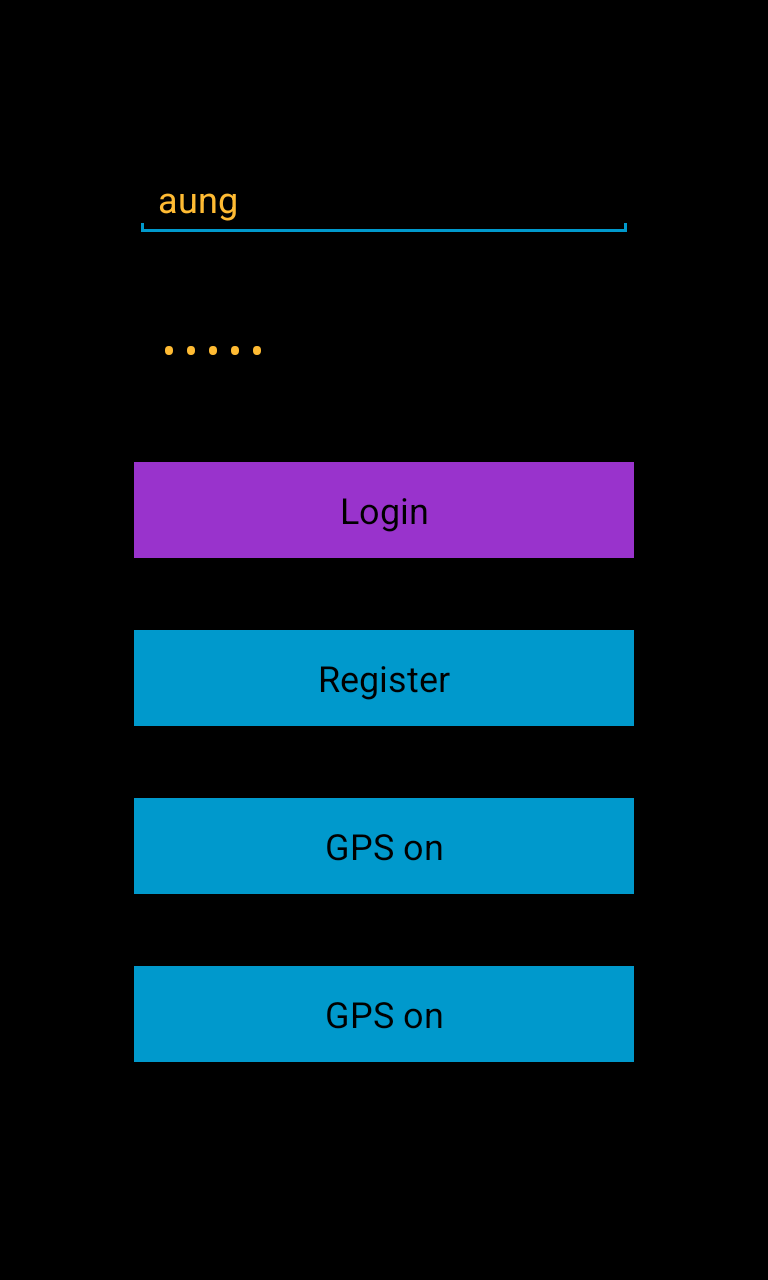
Repository: AungWinnHtut/projAndroid
Layout: com.engineer4myanmar.json.MainActivity/res/layout/activity_main.xml
An editor plug-in stored every save of this project. The layout is shown before and after the next save, followed by the edit.
It is drawn on a 768 x 1280 px phone screen (xhdpi) without system bars, with theme AppTheme; the app's code is not run.

Above is the layout before, as saved 2015-08-30 00:41:20.

### com.engineer4myanmar.json.MainActivity/res/layout/activity_main.xml
<LinearLayout xmlns:android="http://schemas.android.com/apk/res/android"
    xmlns:tools="http://schemas.android.com/tools"
    android:layout_width="match_parent"
    android:layout_height="match_parent"
    android:orientation="vertical"
    android:background="#000">




    <EditText
        android:id="@+id/etUsername"
        android:layout_width="250dp"
        android:layout_height="wrap_content"
        android:layout_gravity="center"
        android:layout_marginTop="80dp"
        android:textColor="#ffbb33"
        android:hint="Enter Username Here"
        android:text="aung"
        android:ems="10" >
        <requestFocus />
    </EditText>

    <EditText
        android:id="@+id/etPassword"
        android:layout_width="250dp"
        android:layout_height="wrap_content"
        android:layout_gravity="center"
        android:layout_marginTop="36dp"
        android:textColor="#ffbb33"
        android:hint="Enter Password Here"
        android:inputType="textPassword"
        android:text="12345"
        android:ems="10" />

    <Button
        android:id="@+id/btnLogin"
        android:layout_width="250dp"
        android:layout_height="wrap_content"
        android:layout_marginTop="36dp"
        android:layout_gravity="center"
        android:onClick="funLogin"
        android:background="#9933cc"
        android:text="Login" />

    <Button
        android:id="@+id/btnRegister"
       android:layout_width="250dp"
        android:layout_height="wrap_content"
       android:layout_gravity="center"
        android:layout_marginTop="36dp"
        android:onClick="funRegister"
        android:background="#0099cc"
        android:text="Register" />
    <Button
        android:id="@+id/btnGPS"
       android:layout_width="250dp"
        android:layout_height="wrap_content"
       android:layout_gravity="center"
        android:layout_marginTop="36dp"
        android:onClick="funGPSon"
        android:background="#0099cc"
        android:text="GPS on" />
    <Button
        android:id="@+id/btnGetLoc"
       android:layout_width="250dp"
        android:layout_height="wrap_content"
       android:layout_gravity="center"
        android:layout_marginTop="36dp"
        android:onClick="funGetLoc"
        android:background="#0099cc"
        android:text="GPS on" />

</LinearLayout>

Loaded but not shown: com.engineer4myanmar.json.MainActivity/res/values-v11/styles.xml (common file); com.engineer4myanmar.json.MainActivity/res/values-v14/styles.xml (common file); com.engineer4myanmar.json.MainActivity/res/values/styles.xml (common file)

After the next save:
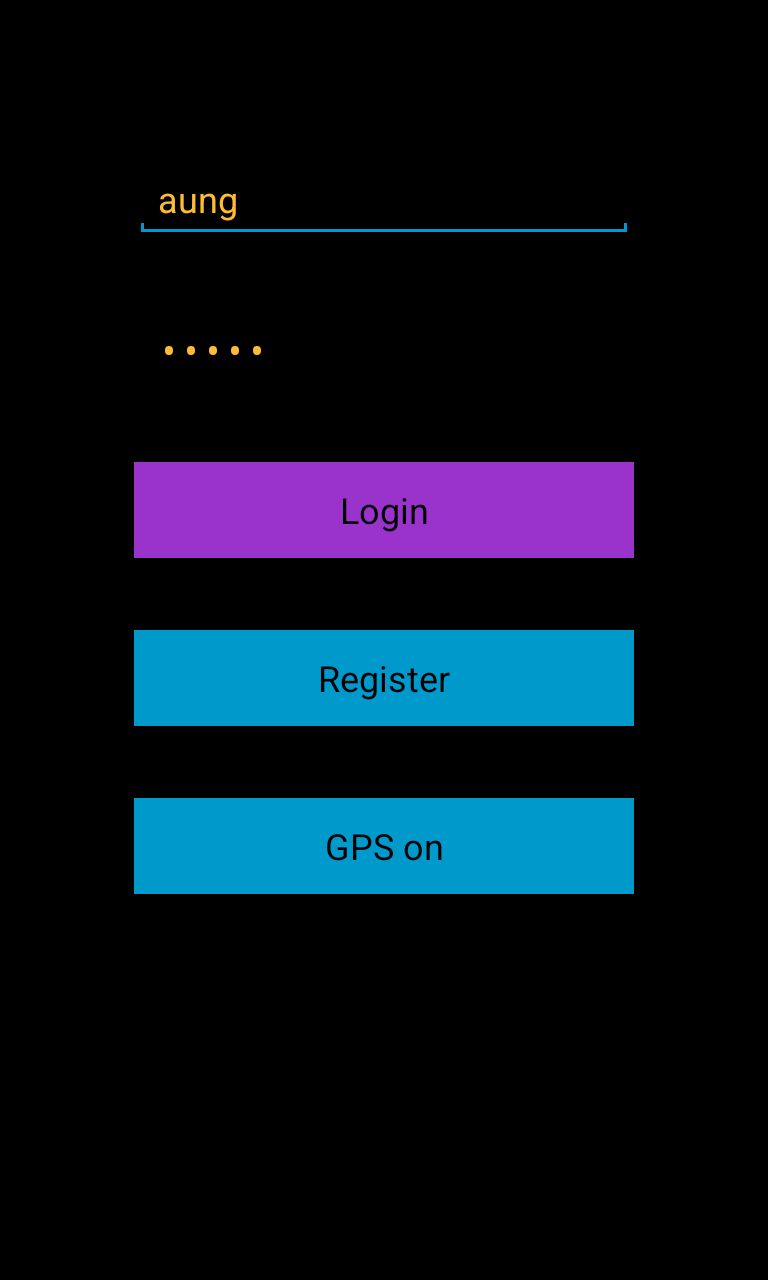
Saved 3 min 50 s later.
--- a/com.engineer4myanmar.json.MainActivity/res/layout/activity_main.xml
+++ b/com.engineer4myanmar.json.MainActivity/res/layout/activity_main.xml
@@ -61,14 +61,6 @@
         android:onClick="funGPSon"
         android:background="#0099cc"
         android:text="GPS on" />
-    <Button
-        android:id="@+id/btnGetLoc"
-       android:layout_width="250dp"
-        android:layout_height="wrap_content"
-       android:layout_gravity="center"
-        android:layout_marginTop="36dp"
-        android:onClick="funGetLoc"
-        android:background="#0099cc"
-        android:text="GPS on" />
+
 
 </LinearLayout>
